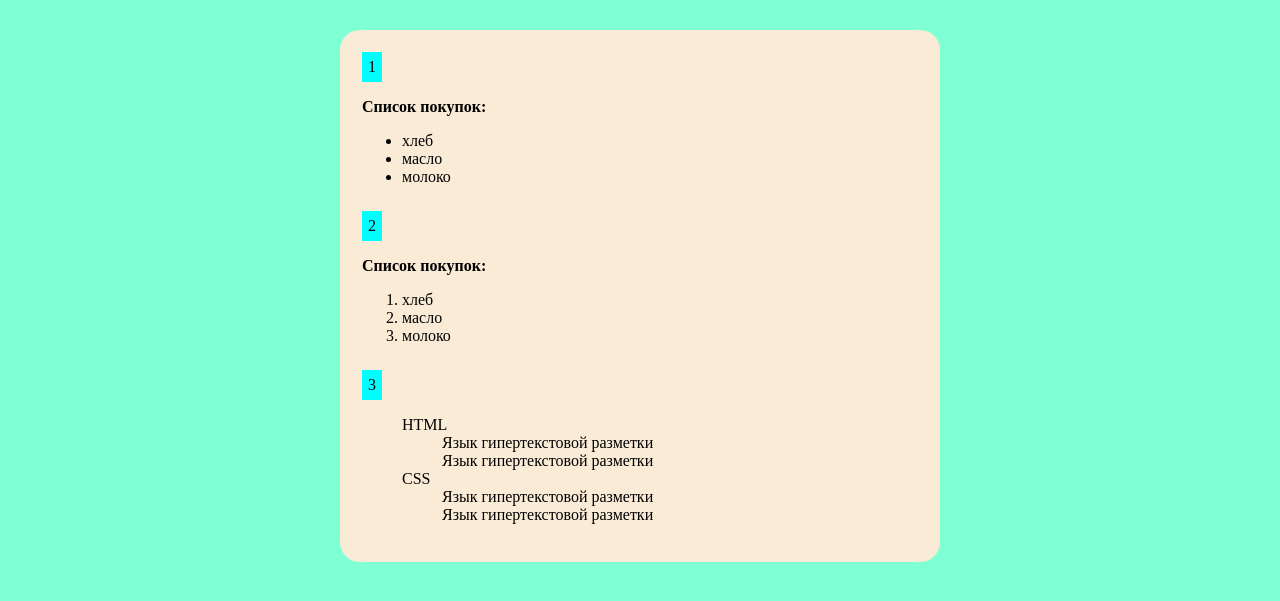
Repository: Savich01/-
Page: html/index.html
The author's editor kept a copy of each file at every save. The page is drawn from the files as they stood at one save, then again after a run of saves.
The browser window is 1280 px wide. The pictures show the whole page.

Above is the page before, as saved 2024-05-31 14:46:22.

### html/index.html
<!DOCTYPE html>
<html lang="en">
<head>
    <meta charset="UTF-8">
    <meta name="viewport" content="width=device-width, initial-scale=1.0">
    <title>Document</title>
    <link rel="stylesheet" href="/css/style.css">
</head>
<body>

    <header class="header">

    </header>
    <main class="main">
        <div class="container">
            <section class="section-1">
                <div class="block">1</div>
                <p class="text">
                    <b>Список покупок:</b>
                </p>
                <ul class="list">
                    <li>хлеб</li>
                    <li>масло</li>
                    <li>молоко</li>
                </ul>

                <div class="block">2</div>
                <p class="text">
                    <b>Список покупок:</b>
                </p>
                <ol class="list">
                    <li>хлеб</li>
                    <li>масло</li>
                    <li>молоко</li>
                </ol>

                <div class="block">3</div>
                <ul class="main-list--item">
                    <li>HTML
                        <ul>
                            <li class="main-link">Язык гипертекстовой разметки</li>
                            <li class="main-link">Язык гипертекстовой разметки</li>
                        </ul>
                    </li>
                    <li>CSS
                        <ul>
                            <li class="main-link">Язык гипертекстовой разметки</li>
                            <li class="main-link">Язык гипертекстовой разметки</li>
                        </ul>
                    </li>
                </ul>

            </section>
        </div>
    </main>
    <footer class="footer">

    </footer>

</body>
</html>

### css/style.css
body{
    max-width: 600px;
    height: 100%;
    margin: 0 auto;
    background-color: aquamarine;
    padding: 0px 10px;
}

.container{
    background-color: antiquewhite;
    padding: 2px;
    margin-top: 30px;
    border-radius: 20px;
}
/* ==========SECTION-1========================== */
.section-1{
    padding: 20px;
}

.block{
    background-color:aqua;
    display: inline-block;
    padding: 6px;
    /* border-radius: 100%; */
}
.list{
    margin-bottom: 25px;
}
.main-list--item{
    list-style: none;
    /* text-decoration: none; */
}

.main-link{
    list-style: none;
}

After the next 2 saves:
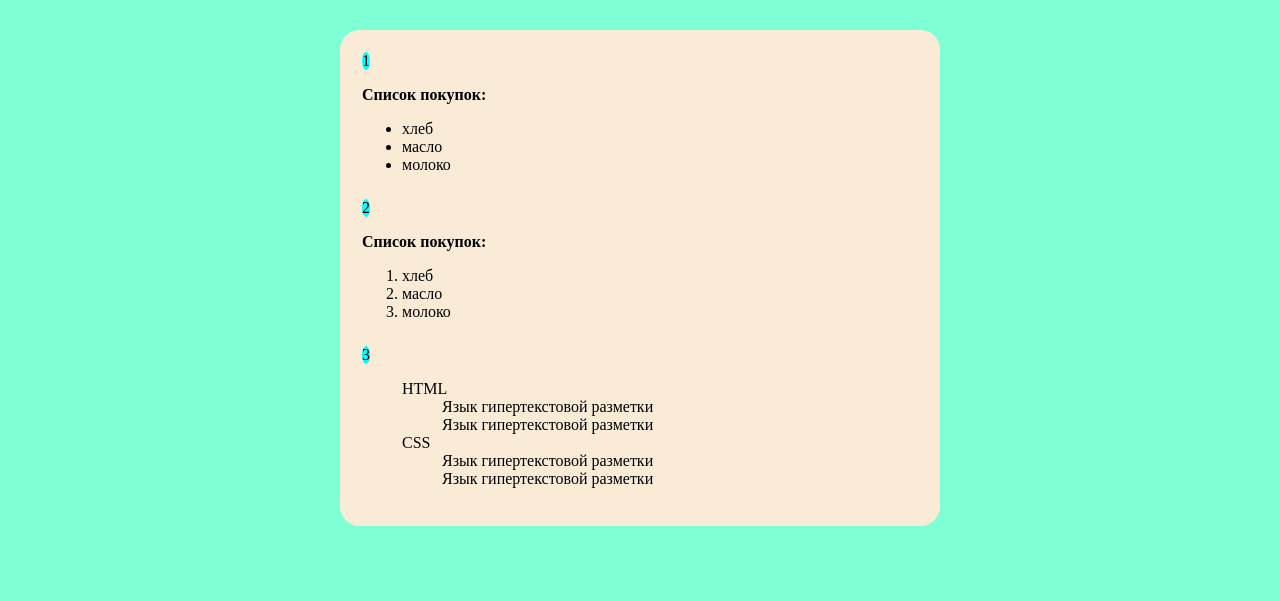
The 2 saves are shown as one change because they came seconds apart.
The last was saved 10 s later.
--- a/css/style.css
+++ b/css/style.css
@@ -20,8 +20,8 @@
 .block{
     background-color:aqua;
     display: inline-block;
-    padding: 6px;
-    /* border-radius: 100%; */
+    /* padding: 6px; */
+    border-radius: 100%;
 }
 .list{
     margin-bottom: 25px;

After the save that followed:
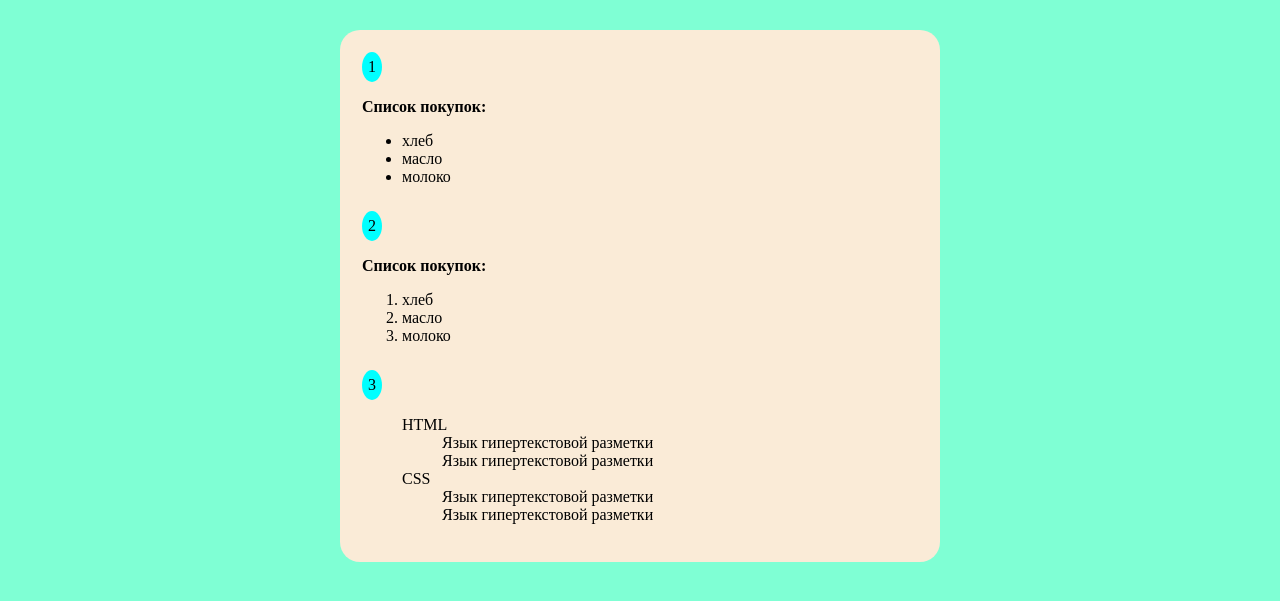
Saved 6 s later.
--- a/css/style.css
+++ b/css/style.css
@@ -20,7 +20,7 @@
 .block{
     background-color:aqua;
     display: inline-block;
-    /* padding: 6px; */
+    padding: 6px;
     border-radius: 100%;
 }
 .list{
